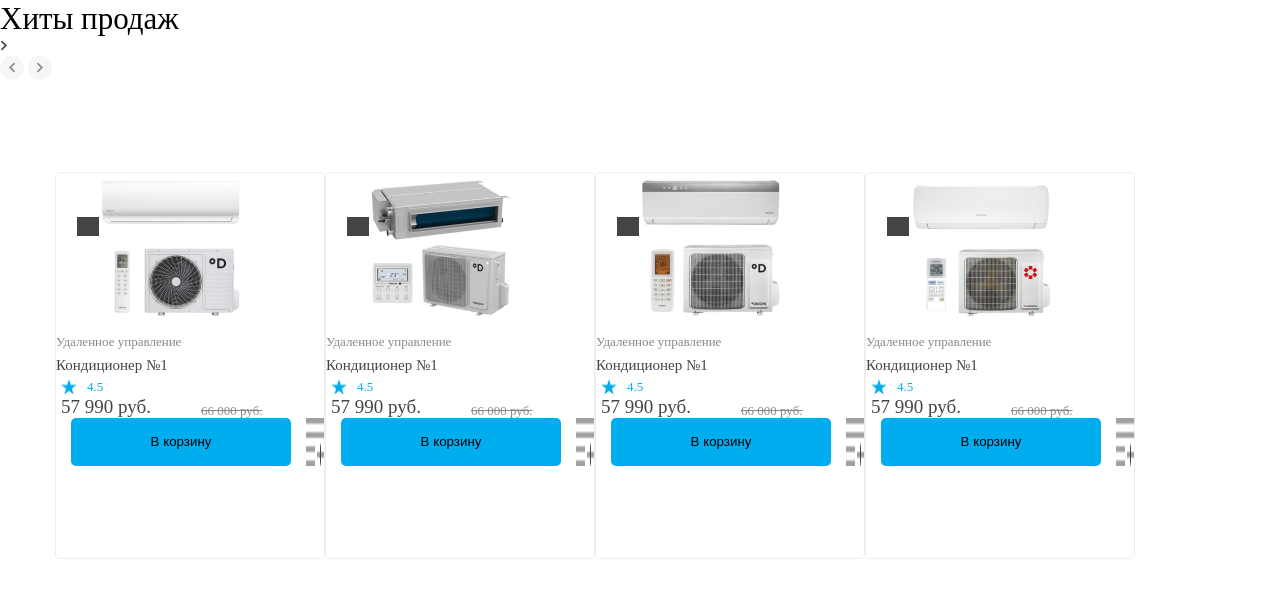
Repository: NikaMana/us
Page: index.html
An editor plug-in stored every save of this project. The page is shown before and after the next save, followed by the edit.
The browser window is 1280 px wide. The pictures show the whole page.

Above is the page before, as saved 2021-09-15 15:42:56.

### index.html
<!DOCTYPE html>
<html lang="ru">
<head>
    <meta charset="utf-8">
    <title>Main page</title>
    <meta name="viewport" content="widht=1100, initial-scale=1.0">
    <link rel="stylesheet" href="./styles.css">


</head>
<body>
<div class="welcome">
  <div class="welcome__container">
    <div class="welcome__up">
      <div class="welcome__left">
        <h1 class="welcome__hits">Хиты продаж</h1>
        <img class="welcome__arr" src="/img/arrbl.png" alt="blackarrow">
      </div>
      <div class="welcome__right">
        <img class="welcome__arr-left" src="/img/arrleft.png" alt="arrowleft">
        <img class="welcome__arr-right" src="/img/arrright.png" alt="arrowright">
      </div>
    </div>
      <div class="welcome__block-container">
        <div class="welcome__block">
          <img class="welcome__pic" src="/img/pic1.png" alt="condition">
          <h4 class="welcome__control">Удаленное управление</h4>
          <h3 class="welcome__condition">Кондиционер №1</h3>
          <div class="welcome__rating">
            <img class="welcome__star" src="/img/Star.png" alt="star">
            <span class="welcome__score">4.5</span>
          </div>
          <div class="welcome__price">
            <h2 class="welcome__price-current">57 990 руб.</h2>
            <h3 class="welcome__price-past">66 000 руб.</h3>
          </div>
          <div class="welcome__adding">
            <button class="welcome__button">В корзину</button>
            <img class="welcome__like" src="/img/like.png" alt="like">
            <img class="welcome__plus" src="/img/add.png" alt="add">
          </div>
        </div>
        <div class="welcome__block">
          <img class="welcome__pic" src="/img/pic2.png" alt="condition">
          <h4 class="welcome__control">Удаленное управление</h4>
          <h3 class="welcome__condition">Кондиционер №1</h3>
          <div class="welcome__rating">
            <img class="welcome__star" src="/img/Star.png" alt="star">
            <span class="welcome__score">4.5</span>
          </div>
          <div class="welcome__price">
            <h2 class="welcome__price-current">57 990 руб.</h2>
            <h3 class="welcome__price-past">66 000 руб.</h3>
          </div>
          <div class="welcome__adding">
            <button class="welcome__button">В корзину</button>
            <img class="welcome__like" src="/img/like.png" alt="like">
            <img class="welcome__plus" src="/img/add.png" alt="add">
          </div>
        </div>
        <div class="welcome__block">
          <img class="welcome__pic" src="/img/pic3.png" alt="condition">
          <h4 class="welcome__control">Удаленное управление</h4>
          <h3 class="welcome__condition">Кондиционер №1</h3>
          <div class="welcome__rating">
            <img class="welcome__star" src="/img/Star.png" alt="star">
            <span class="welcome__score">4.5</span>
          </div>
          <div class="welcome__price">
            <h2 class="welcome__price-current">57 990 руб.</h2>
            <h3 class="welcome__price-past">66 000 руб.</h3>
          </div>
          <div class="welcome__adding">
            <button class="welcome__button">В корзину</button>
            <img class="welcome__like" src="/img/like.png" alt="like">
            <img class="welcome__plus" src="/img/add.png" alt="add">
          </div>
        </div>
        <div class="welcome__block">
          <img class="welcome__pic" src="/img/pic4.png" alt="condition">
          <h4 class="welcome__control">Удаленное управление</h4>
          <h3 class="welcome__condition">Кондиционер №1</h3>
          <div class="welcome__rating">
            <img class="welcome__star" src="/img/Star.png" alt="star">
            <span class="welcome__score">4.5</span>
          </div>
          <div class="welcome__price">
            <h2 class="welcome__price-current">57 990 руб.</h2>
            <h3 class="welcome__price-past">66 000 руб.</h3>
          </div>
          <div class="welcome__adding">
            <button class="welcome__button">В корзину</button>
            <img class="welcome__like" src="/img/like.png" alt="like">
            <img class="welcome__plus" src="/img/add.png" alt="add">
          </div>
        </div>
      </div>
  </div>
</div>
</body>

### styles.css
*{
  margin: 0;
  padding: 0;
  box-sizing: border-box;
}
button{
  border: none;
  background: no-repeat;
}
h1, h2,h3,h4,h5{
  font-family: none;
  font-size: none;
}
.welcome{
  position: absolute;
  width: 100%;
  height: 100%;
  z-index: 0;
}

.welcome__hits{
font-family: Gotham Pro;
font-size: 31px;
font-style: normal;
font-weight: 300;
line-height: 37px;
letter-spacing: 0em;
text-align: left;
}
.welcome__block-container{
  display: flex;
  flex-direction: row;
}
.welcome__block{
height: 387px;
width: 270px;
left: 55px;
top: 88px;
border-radius: 5px;
position: relative;
height: 387px;
left: 55px;
right: 955px;
top: 88px;
background: #FFFFFF;
border: 1px solid #EEEEEE;
box-sizing: border-box;
border-radius: 5px;
}
.welcome__pic{
height: 150px;
left: 20px;
right: 20px;
top: 20px;
}
.welcome__control{
  position: static;
width: 230px;
height: 19px;
left: 0px;
top: 0px;
font-family: Gotham Pro;
font-style: normal;
font-weight: normal;
font-size: 13px;
line-height: 19px;
color: #888888;
flex: none;
order: 0;
align-self: stretch;
flex-grow: 0;
margin: 5px 0px;
}
.welcome__condition{
  position: static;
width: 230px;
height: 18px;
left: 0px;
top: 0px;
font-family: Gotham Pro;
font-style: normal;
font-weight: normal;
font-size: 15px;
line-height: 18px;
color: #444444;
flex: none;
order: 0;
align-self: stretch;
flex-grow: 0;
margin: 5px 0px;
}
.welcome__rating{
  display: flex;
}
.welcome__star{
  position: static;
width: 16px;
height: 16px;
left: 0px;
top: 0px;
flex: none;
order: 0;
flex-grow: 0;
margin: 0px 5px;
}
.welcome__score{
  position: static;
width: 165px;
height: 15px;
left: 21px;
top: 0px;
font-family: Gotham Pro;
font-style: normal;
font-weight: normal;
font-size: 13px;
line-height: 15px;
display: flex;
align-items: center;
color: #00ADEF;
flex: none;
order: 1;
flex-grow: 1;
margin: 0px 5px;
}
.welcome__price{
  display: flex;
}
.welcome__price-current{
  position: static;
width: 130px;
height: 23px;
left: 0px;
top: 0px;
font-family: Gotham Pro;
font-style: normal;
font-weight: normal;
font-size: 19px;
line-height: 23px;
display: flex;
align-items: flex-end;
color: #444444;
flex: none;
order: 0;
flex-grow: 0;
margin: 0px 5px;
}
.welcome__price-past{
  position: static;
width: 103px;
height: 23px;
left: 135px;
top: 0px;
font-family: Gotham Pro;
font-style: normal;
font-weight: normal;
font-size: 13px;
line-height: 15px;
display: flex;
align-items: flex-end;
text-decoration-line: line-through;
color: #888888;
flex: none;
order: 1;
flex-grow: 0;
margin: 0px 5px;
}
.welcome__adding{
  display: flex;
}
.welcome__button{
  display: flex;
flex-direction: row;
justify-content: center;
align-items: center;
padding: 14px 40px 16px;
position: static;
width: 152px;
height: 48px;
left: 0px;
top: 0px;
background: #00ADEF;
border-radius: 5px;
flex: none;
order: 0;
flex-grow: 1;
margin: 0px 15px;
cursor: pointer;
}
.welcome__like{
  position: absolute;
left: 7.69%;
right: 7.69%;
top: 11.54%;
bottom: 13.08%;
background: #444444;
cursor: pointer;
}
.welcome__plus{

}

After the next save:
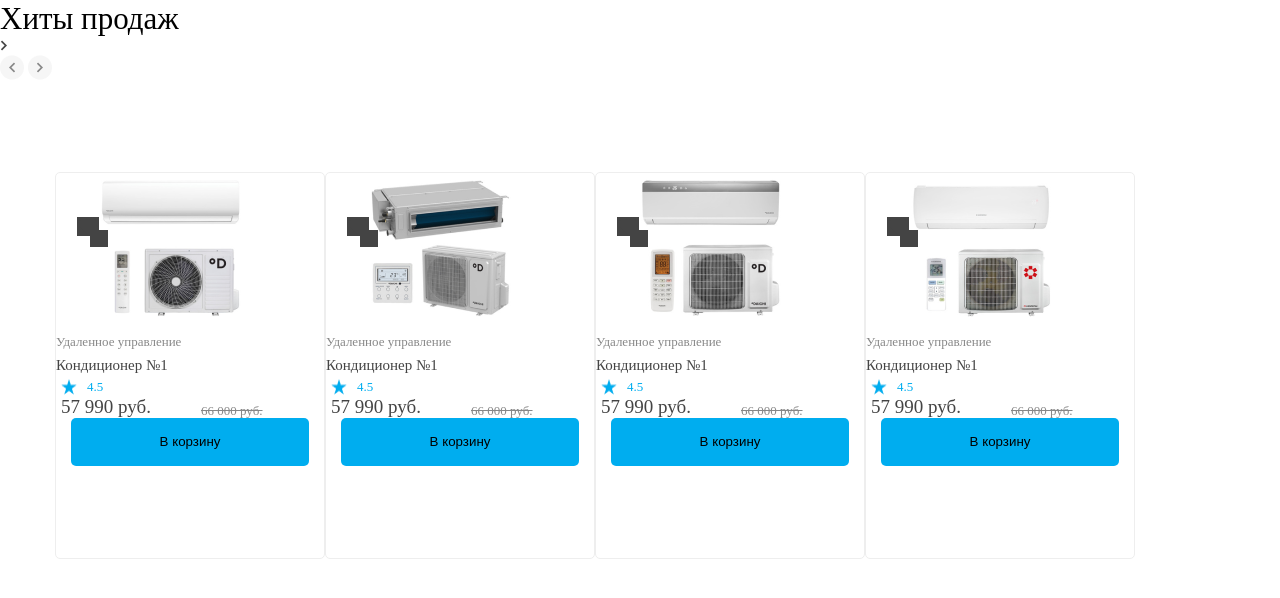
Saved 17 s later.
--- a/styles.css
+++ b/styles.css
@@ -196,5 +196,10 @@ background: #444444;
 cursor: pointer;
 }
 .welcome__plus{
-
-}
+  position: absolute;
+left: 12.5%;
+right: 12.5%;
+top: 14.74%;
+bottom: 18.75%;
+background: #444444;
+}
